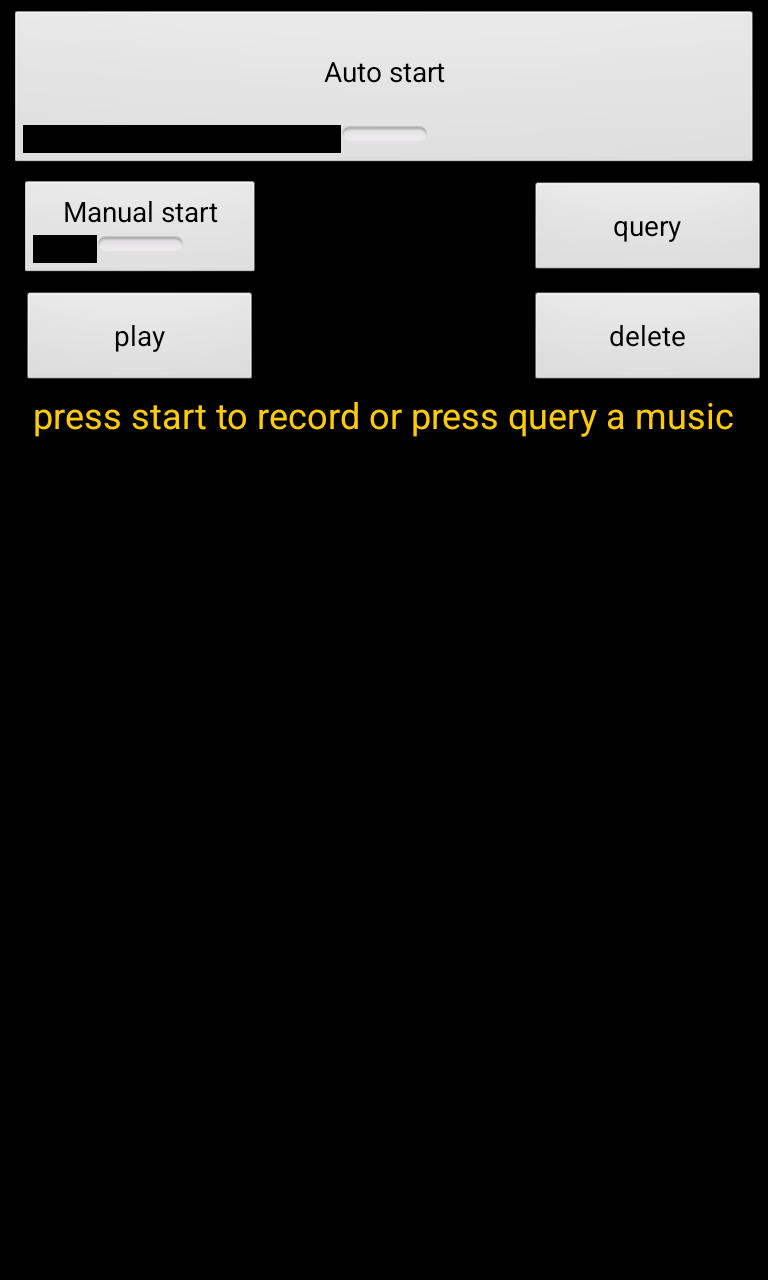
Repository: FreyrChen/tucan_Linux_practice
Layout: 4_Android_program/MusicIdentify/res/layout/activity_main.xml
An editor plug-in stored every save of this project. The layout is shown before and after the next save, followed by the edit.
It is drawn on a 768 x 1280 px phone screen (xhdpi) without system bars, with theme AppTheme; the app's code is not run. Lists and similar views that code fills are empty.

Above is the layout before, as saved 2013-06-09 08:41:34.

### 4_Android_program/MusicIdentify/res/layout/activity_main.xml
<RelativeLayout xmlns:android="http://schemas.android.com/apk/res/android"
    xmlns:tools="http://schemas.android.com/tools"
    android:layout_width="match_parent"
    android:layout_height="match_parent"
    android:background="#000000"
    tools:context=".MainActivity" >

    <ToggleButton
		android:id="@+id/auto_record_button"
		android:textOn="@string/stop"
		android:textOff="@string/auto_start"
	 	android:layout_width="match_parent"
	 	android:layout_height="80dp"
	    android:layout_marginTop="5dp"
	    android:layout_marginLeft="10dp"
	    android:layout_centerHorizontal="true"
 	/>

     <ToggleButton
		android:id="@+id/manual_record_button"
		android:textOn="@string/stop"
		android:textOff="@string/manual_start"
	 	android:layout_width="120dp"
	 	android:layout_height="50dp"
	    android:layout_alignParentLeft="true"
	    android:layout_marginTop="5dp"
	    android:layout_marginLeft="10dp"
	    android:layout_below="@+id/auto_record_button"
 	/>

    <Button
	 	android:id="@+id/query_button"
	 	android:layout_width="120dp"
	 	android:layout_height="50dp"
	 	android:text="@string/query"
	    android:layout_marginTop="5dp"
	    android:layout_marginLeft="10dp"
	    android:layout_alignParentRight="true"
	     android:layout_below="@+id/auto_record_button"
 	/>

    <Button
	 	android:id="@+id/play_button"
		android:text="@string/play"
	 	android:layout_width="120dp"
	 	android:layout_height="50dp"
	    android:layout_alignParentLeft="true"
	    android:layout_marginTop="5dp"
	    android:layout_marginLeft="10dp"
	    android:layout_below="@+id/manual_record_button"
 	/>


    <Button
	 	android:id="@+id/delete_button"
	 	android:layout_width="120dp"
	 	android:layout_height="50dp"
	 	android:text="@string/delete"
	    android:layout_marginTop="5dp"
	    android:layout_marginLeft="10dp"
	    android:layout_alignParentRight="true"
	    android:layout_below="@+id/query_button"
 	/>

    <TextView
        android:id="@+id/info_text"
        android:layout_width="wrap_content"
        android:layout_height="wrap_content"
        android:layout_centerHorizontal="true"
        android:textSize="18sp"
        android:text="@string/init_text"
        android:background="#00FF0000"
	    android:textColor="#FFCC00"
	    android:layout_below="@+id/delete_button"
    />

	<ListView
        android:id="@+id/music_List"
        android:layout_width="wrap_content"
        android:layout_height="wrap_content"
        android:layout_centerHorizontal="true"
        android:background="#00FF0000"
	    android:textColor="#FF0000"
	    android:layout_below="@+id/info_text"
    />



</RelativeLayout>

### 4_Android_program/MusicIdentify/res/values/strings.xml
<?xml version="1.0" encoding="utf-8"?>
<resources>

    <string name="app_name">MusicIdentify</string>
    <string name="init_text">press start to record or press query a music</string>
    <string name="menu_settings">Settings</string>
    <string name="start">start</string>
    <string name="stop">stop</string>
    <string name="play">play</string>
    <string name="query">query</string>
    <string name="delete">delete</string>
    <string name="manual_start">Manual start</string>
    <string name="auto_start">Auto start</string>


</resources>

Loaded but not shown: 4_Android_program/MusicIdentify/res/values/styles.xml (common file)

After the next save:
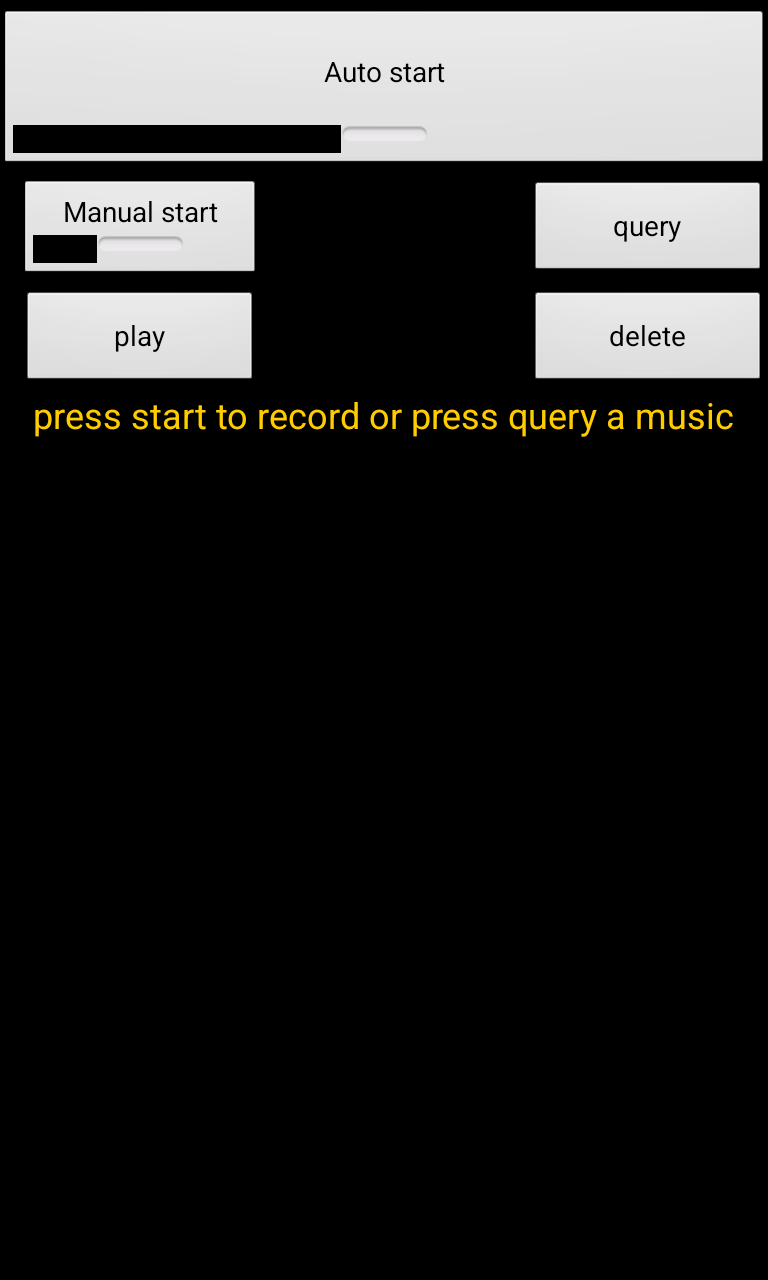
Saved 20 s later.
--- a/4_Android_program/MusicIdentify/res/layout/activity_main.xml
+++ b/4_Android_program/MusicIdentify/res/layout/activity_main.xml
@@ -12,7 +12,6 @@
 	 	android:layout_width="match_parent"
 	 	android:layout_height="80dp"
 	    android:layout_marginTop="5dp"
-	    android:layout_marginLeft="10dp"
 	    android:layout_centerHorizontal="true"
  	/>
 
